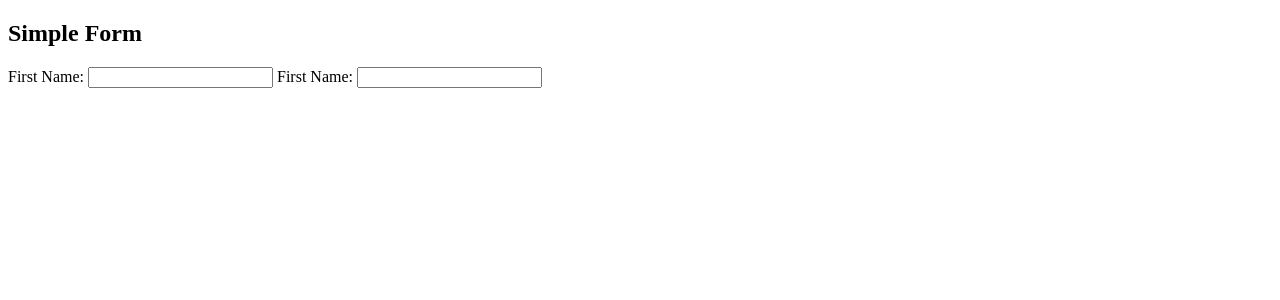
Repository: TheTroyPhillips/Block14
Page: Coursework/Block10/index.html
The author's editor kept a copy of each file at every save. The page is drawn from the files as they stood at one save, then again after a run of saves.
The browser window is 1280 px wide. The pictures show the whole page.

Above is the page before, as saved 2023-09-07 19:18:23.

After the next 2 saves:
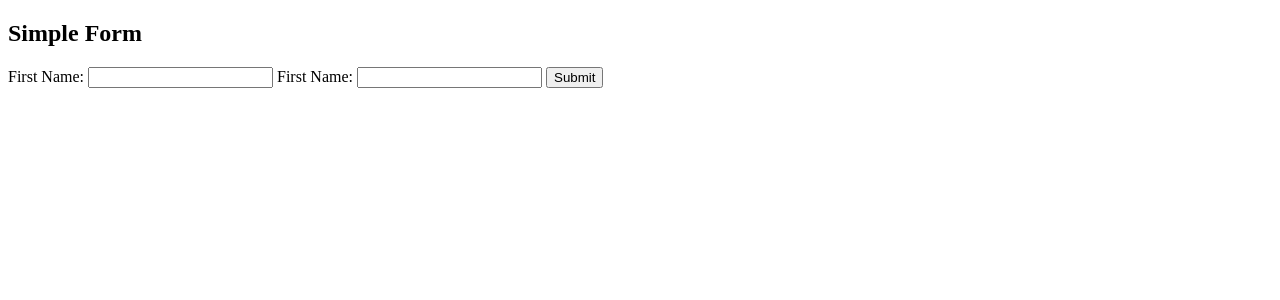
The 2 saves are shown as one change because they came seconds apart.
The last was saved 14 s later.
--- a/Coursework/Block10/index.html
+++ b/Coursework/Block10/index.html
@@ -13,6 +13,7 @@
             <input type="text" id="fname" name="fname">
             <label for="lmane">First Name: </label>
             <input type="text" id="lname" name="lname">
+            <input type="submit">
 
         </form>
     </article>
